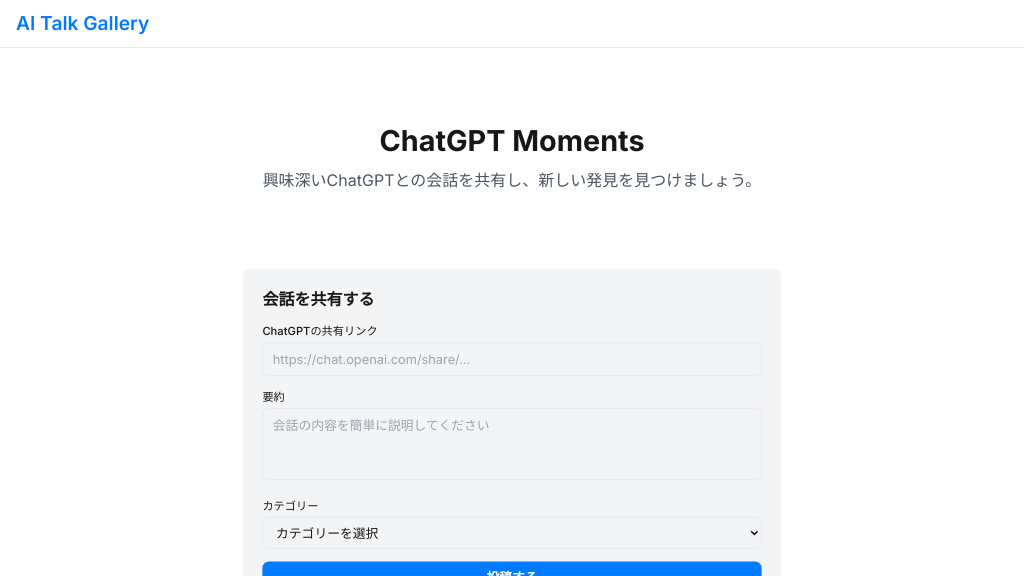
Repository: hayakawa1/ai-talk-gallery
Page: /
These files come from the project's save history. The page is drawn as it stood at one moment and after the next save; the edit follows.
The browser window is 1280 px wide. The pictures show the whole page, at 80% of full size.
An inner scrolling area shows only its first screen. The project was rebuilt for these pictures with package versions that can differ from the ones it lists, and the page was loaded fresh each time. The framework's server and built-in components were replaced by stand-ins that run in the browser. Also part of the build but not shown: next.config.ts.

Above is the page before, as saved 2024-12-16 23:14:28.

### src/app/layout.tsx
import './globals.css'
import type { Metadata } from 'next'
import { Inter } from 'next/font/google'

const inter = Inter({
  subsets: ['latin'],
  display: 'swap',
})

export const metadata: Metadata = {
  title: 'AI Talk Gallery',
  description: 'AI Talk Gallery',
}

export default function RootLayout({
  children,
}: {
  children: React.ReactNode
}) {
  return (
    <html lang="ja" className="dark">
      <body className={inter.className}>
        <div id="root" className="w-full h-full">
          <div className="flex flex-col h-full w-full bg-bolt-elements-background-depth-1">
            <header className="flex select-none items-center bg-bolt-elements-background-depth-1 pl-5 pr-4 border-b h-[60px] border-zinc-800">
              <div className="flex grow-1 basis-60 items-center gap-2 z-10">
                <a href="/" className="text-2xl font-semibold text-accent flex items-center">
                  AI Talk Gallery
                </a>
              </div>
              <div className="flex-1 select-text px-4 text-sm text-center">
              </div>
            </header>
            <main className="flex-1 overflow-auto">
              {children}
            </main>
          </div>
        </div>
      </body>
    </html>
  )
}

### src/app/page.tsx
import Link from "next/link"
import { PostCard } from "@/components/post-card"
import { PostForm } from "@/components/post-form"

const MOCK_POSTS = [
  {
    id: 1,
    title: "プログラミング初心者への助言",
    summary: "プログラミング学習を始める人へのアドバイスをまとめました。",
    views: 2987,
    likes: 156,
    comments: 23,
    category: "学問",
  },
  {
    id: 2,
    title: "AIと哲学についての対話",
    summary: "意識や感情について、AIと深い議論を交わしました。",
    views: 1856,
    likes: 98,
    comments: 15,
    category: "雑談",
  },
  {
    id: 3,
    title: "効果的なプロンプトの書き方",
    summary: "より良い回答を得るためのプロンプトエンジニアリングのコツ。",
    views: 3421,
    likes: 234,
    comments: 45,
    category: "プロンプト",
  },
]

export default function Home() {
  return (
    <div className="max-w-7xl mx-auto px-4 sm:px-6 lg:px-8 py-8">
      {/* ヒーローセクション */}
      <div className="text-center py-16">
        <h1 className="text-4xl font-bold mb-4">ChatGPT Moments</h1>
        <p className="text-xl text-gray-600 mb-8">
          興味深いChatGPTとの会話を共有し、新しい発見を見つけましょう。
        </p>
      </div>

      {/* 投稿フォームセクション */}
      <section className="mb-16 max-w-2xl mx-auto">
        <div className="bg-card rounded-lg p-6 shadow-sm">
          <h2 className="text-xl font-semibold mb-4">会話を共有する</h2>
          <PostForm />
        </div>
      </section>

      {/* 注目の会話セクション */}
      <section className="mb-16">
        <div className="flex justify-between items-center mb-6">
          <h2 className="text-2xl font-bold">注目の会話</h2>
          <Link href="/popular" className="text-accent hover:underline flex items-center gap-1">
            人気上位
            <svg className="w-4 h-4" fill="none" stroke="currentColor" viewBox="0 0 24 24">
              <path strokeLinecap="round" strokeLinejoin="round" strokeWidth={2} d="M9 5l7 7-7 7" />
            </svg>
          </Link>
        </div>

        <div className="grid grid-cols-1 md:grid-cols-2 lg:grid-cols-3 gap-6">
          {MOCK_POSTS.map((post) => (
            <PostCard key={post.id} {...post} />
          ))}
        </div>
      </section>

      {/* カテゴリーセクション */}
      <section>
        <h2 className="text-2xl font-bold mb-6">カテゴリー</h2>
        <div className="grid grid-cols-2 md:grid-cols-3 lg:grid-cols-5 gap-4">
          {[
            { name: '雑談', icon: '💭', href: '/categories/雑談' },
            { name: '学問', icon: '📚', href: '/categories/学問' },
            { name: 'プロンプト', icon: '⚡', href: '/categories/プロンプト' },
            { name: '創作', icon: '✨', href: '/categories/創作' },
            { name: '実用', icon: '🔧', href: '/categories/実用' },
          ].map((category) => (
            <Link
              key={category.name}
              href={category.href}
              className="flex flex-col items-center justify-center p-6 bg-card rounded-lg hover:bg-card-hover transition shadow-sm text-center"
            >
              <span className="text-2xl mb-2">{category.icon}</span>
              <span className="text-sm">{category.name}</span>
            </Link>
          ))}
        </div>
      </section>
    </div>
  )
}

### src/app/globals.css
@tailwind base;
@tailwind components;
@tailwind utilities;

:root {
  --header-height: 60px;
}

html {
  @apply h-full;
}

body {
  @apply h-full bg-white text-bolt-elements-textPrimary;
}

#root {
  @apply h-full w-full;
}

### src/components/post-card.tsx
import Link from "next/link"

interface PostCardProps {
  id: number
  title: string
  summary: string
  views: number
  likes: number
  comments: number
  category: string
  date?: string
  rank?: number
  layout?: "grid" | "list"
}

export function PostCard({
  id,
  title,
  summary,
  views,
  likes,
  comments,
  category,
  date,
  rank,
  layout = "grid"
}: PostCardProps) {
  if (layout === "list") {
    return (
      <Link
        href={`/posts/${id}`}
        className="block bg-card rounded-lg p-6 hover:bg-card-hover transition shadow-sm"
      >
        <div className="flex items-start justify-between gap-4">
          <div className="flex-1">
            <h2 className="text-xl font-semibold mb-2">{title}</h2>
            <p className="text-gray-600 mb-4">{summary}</p>
            <div className="flex items-center gap-4 text-sm text-gray-500">
              {date && (
                <span className="flex items-center gap-1">
                  <svg className="w-4 h-4" fill="none" stroke="currentColor" viewBox="0 0 24 24">
                    <path strokeLinecap="round" strokeLinejoin="round" strokeWidth={2} d="M12 8v4l3 3m6-3a9 9 0 11-18 0 9 9 0 0118 0z" />
                  </svg>
                  {date}
                </span>
              )}
              <span className="flex items-center gap-1">
                <svg className="w-4 h-4" fill="none" stroke="currentColor" viewBox="0 0 24 24">
                  <path strokeLinecap="round" strokeLinejoin="round" strokeWidth={2} d="M15 12a3 3 0 11-6 0 3 3 0 016 0z" />
                  <path strokeLinecap="round" strokeLinejoin="round" strokeWidth={2} d="M2.458 12C3.732 7.943 7.523 5 12 5c4.478 0 8.268 2.943 9.542 7-1.274 4.057-5.064 7-9.542 7-4.477 0-8.268-2.943-9.542-7z" />
                </svg>
                {views.toLocaleString()}
              </span>
            </div>
          </div>
          <div className="flex flex-col items-end gap-2">
            {rank && <span className="text-2xl font-bold text-accent">{rank}位</span>}
            <div className="flex items-center gap-2">
              <span className="flex items-center gap-1 text-sm text-gray-500">
                <svg className="w-4 h-4 text-red-500" fill="currentColor" viewBox="0 0 24 24">
                  <path d="M12 21.35l-1.45-1.32C5.4 15.36 2 12.28 2 8.5 2 5.42 4.42 3 7.5 3c1.74 0 3.41.81 4.5 2.09C13.09 3.81 14.76 3 16.5 3 19.58 3 22 5.42 22 8.5c0 3.78-3.4 6.86-8.55 11.54L12 21.35z"/>
                </svg>
                {likes.toLocaleString()}
              </span>
            </div>
          </div>
        </div>
      </Link>
    )
  }

  return (
    <Link
      href={`/posts/${id}`}
      className="block bg-card rounded-lg p-6 hover:bg-card-hover transition shadow-sm h-full"
    >
      <h3 className="text-lg font-semibold mb-2">{title}</h3>
      <p className="text-gray-600 mb-4 text-sm">{summary}</p>
      <div className="flex justify-between text-sm text-gray-500">
        <span>閲覧数: {views.toLocaleString()}</span>
        <div className="flex items-center gap-4">
          <span className="flex items-center gap-1">
            <svg className="w-4 h-4 text-red-500" fill="currentColor" viewBox="0 0 24 24">
              <path d="M12 21.35l-1.45-1.32C5.4 15.36 2 12.28 2 8.5 2 5.42 4.42 3 7.5 3c1.74 0 3.41.81 4.5 2.09C13.09 3.81 14.76 3 16.5 3 19.58 3 22 5.42 22 8.5c0 3.78-3.4 6.86-8.55 11.54L12 21.35z"/>
            </svg>
            {likes.toLocaleString()}
          </span>
          <span className="flex items-center gap-1">
            <svg className="w-4 h-4" fill="none" stroke="currentColor" viewBox="0 0 24 24">
              <path strokeLinecap="round" strokeLinejoin="round" strokeWidth={2} d="M8 12h.01M12 12h.01M16 12h.01M21 12c0 4.418-4.03 8-9 8a9.863 9.863 0 01-4.255-.949L3 20l1.395-3.72C3.512 15.042 3 13.574 3 12c0-4.418 4.03-8 9-8s9 3.582 9 8z" />
            </svg>
            {comments.toLocaleString()}
          </span>
        </div>
      </div>
    </Link>
  )
}

### src/components/post-form.tsx
"use client"

import { useForm } from "react-hook-form"
import { zodResolver } from "@hookform/resolvers/zod"
import { postSchema, type PostInput } from "@/lib/schemas"

const categories = ["雑談", "学問", "プロンプト", "創作", "実用"] as const

export function PostForm() {
  const {
    register,
    handleSubmit,
    formState: { errors, isSubmitting },
  } = useForm<PostInput>({
    resolver: zodResolver(postSchema),
  })

  const onSubmit = async (data: PostInput) => {
    try {
      // TODO: APIエンドポイントに投稿を送信
      console.log(data)
    } catch (error) {
      console.error(error)
    }
  }

  return (
    <form onSubmit={handleSubmit(onSubmit)} className="space-y-4">
      <div>
        <label htmlFor="url" className="block text-sm font-medium mb-1">
          ChatGPTの共有リンク
        </label>
        <input
          {...register("url")}
          type="url"
          id="url"
          placeholder="https://chat.openai.com/share/..."
          className="w-full px-3 py-2 bg-card rounded-lg border border-zinc-800 focus:outline-none focus:ring-2 focus:ring-accent"
        />
        {errors.url && (
          <p className="mt-1 text-sm text-red-500">{errors.url.message}</p>
        )}
      </div>

      <div>
        <label htmlFor="summary" className="block text-sm font-medium mb-1">
          要約
        </label>
        <textarea
          {...register("summary")}
          id="summary"
          rows={3}
          placeholder="会話の内容を簡単に説明してください"
          className="w-full px-3 py-2 bg-card rounded-lg border border-zinc-800 focus:outline-none focus:ring-2 focus:ring-accent resize-none"
        />
        {errors.summary && (
          <p className="mt-1 text-sm text-red-500">{errors.summary.message}</p>
        )}
      </div>

      <div>
        <label htmlFor="category" className="block text-sm font-medium mb-1">
          カテゴリー
        </label>
        <select
          {...register("category")}
          id="category"
          className="w-full px-3 py-2 bg-card rounded-lg border border-zinc-800 focus:outline-none focus:ring-2 focus:ring-accent"
        >
          <option value="">カテゴリーを選択</option>
          {categories.map((category) => (
            <option key={category} value={category}>
              {category}
            </option>
          ))}
        </select>
        {errors.category && (
          <p className="mt-1 text-sm text-red-500">{errors.category.message}</p>
        )}
      </div>

      <button
        type="submit"
        disabled={isSubmitting}
        className="w-full bg-accent hover:bg-accent/90 disabled:opacity-50 text-white font-bold py-2 px-4 rounded-lg"
      >
        {isSubmitting ? "投稿中..." : "投稿する"}
      </button>
    </form>
  )
}

### src/lib/schemas.ts
import { z } from "zod"

export const postSchema = z.object({
  url: z.string()
    .url("有効なURLを入力してください")
    .startsWith("https://chat.openai.com/share/", "ChatGPTの共有リンクを入力してください"),
  summary: z.string()
    .min(1, "要約を入力してください")
    .max(200, "要約は200文字以内で入力してください"),
  category: z.enum(["雑談", "学問", "プロンプト", "創作", "実用"], {
    required_error: "カテゴリーを選択してください",
  }),
})

export type PostInput = z.infer<typeof postSchema>

### tailwind.config.js
/** @type {import('tailwindcss').Config} */
module.exports = {
  darkMode: 'class',
  content: [
    './src/pages/**/*.{js,ts,jsx,tsx,mdx}',
    './src/components/**/*.{js,ts,jsx,tsx,mdx}',
    './src/app/**/*.{js,ts,jsx,tsx,mdx}',
  ],
  theme: {
    extend: {
      colors: {
        'bolt-elements-background-depth-1': '#FFFFFF',
        'bolt-elements-textPrimary': '#171717',
        accent: '#007AFF',
        'card': '#F3F4F6',
        'card-hover': '#E5E7EB',
      },
      borderColor: {
        'zinc-800': '#E5E7EB',
      },
      typography: {
        DEFAULT: {
          css: {
            maxWidth: 'none',
            color: '#171717',
            a: {
              color: '#007AFF',
              '&:hover': {
                color: '#0056b3',
              },
            },
          },
        },
      },
    },
  },
  plugins: [
    require('@tailwindcss/typography'),
  ],
}

### src/components/header-nav.tsx
"use client"

import Link from "next/link"
import { usePathname } from "next/navigation"
import { cn } from "@/lib/utils"

const navigation = [
  { name: "ホーム", href: "/" },
  { name: "人気", href: "/popular" },
  { name: "新着", href: "/latest" },
]

export function HeaderNav() {
  const pathname = usePathname()

  return (
    <nav className="flex items-center space-x-4">
      {navigation.map((item) => (
        <Link
          key={item.name}
          href={item.href}
          className={cn(
            "px-3 py-2 text-sm font-medium rounded-md",
            pathname === item.href
              ? "bg-card text-bolt-elements-textPrimary"
              : "text-gray-500 hover:text-bolt-elements-textPrimary hover:bg-gray-50"
          )}
        >
          {item.name}
        </Link>
      ))}
    </nav>
  )
}

### src/lib/utils.ts
import { type ClassValue, clsx } from "clsx"
import { twMerge } from "tailwind-merge"

export function cn(...inputs: ClassValue[]) {
  return twMerge(clsx(inputs))
}

export async function fetchPageTitle(url: string): Promise<string> {
  try {
    const response = await fetch(url)
    const html = await response.text()
    const titleMatch = html.match(/<title>(.*?)<\/title>/)
    return titleMatch ? titleMatch[1] : "Untitled Chat"
  } catch (error) {
    console.error("Error fetching title:", error)
    return "Untitled Chat"
  }
}

After the next save:
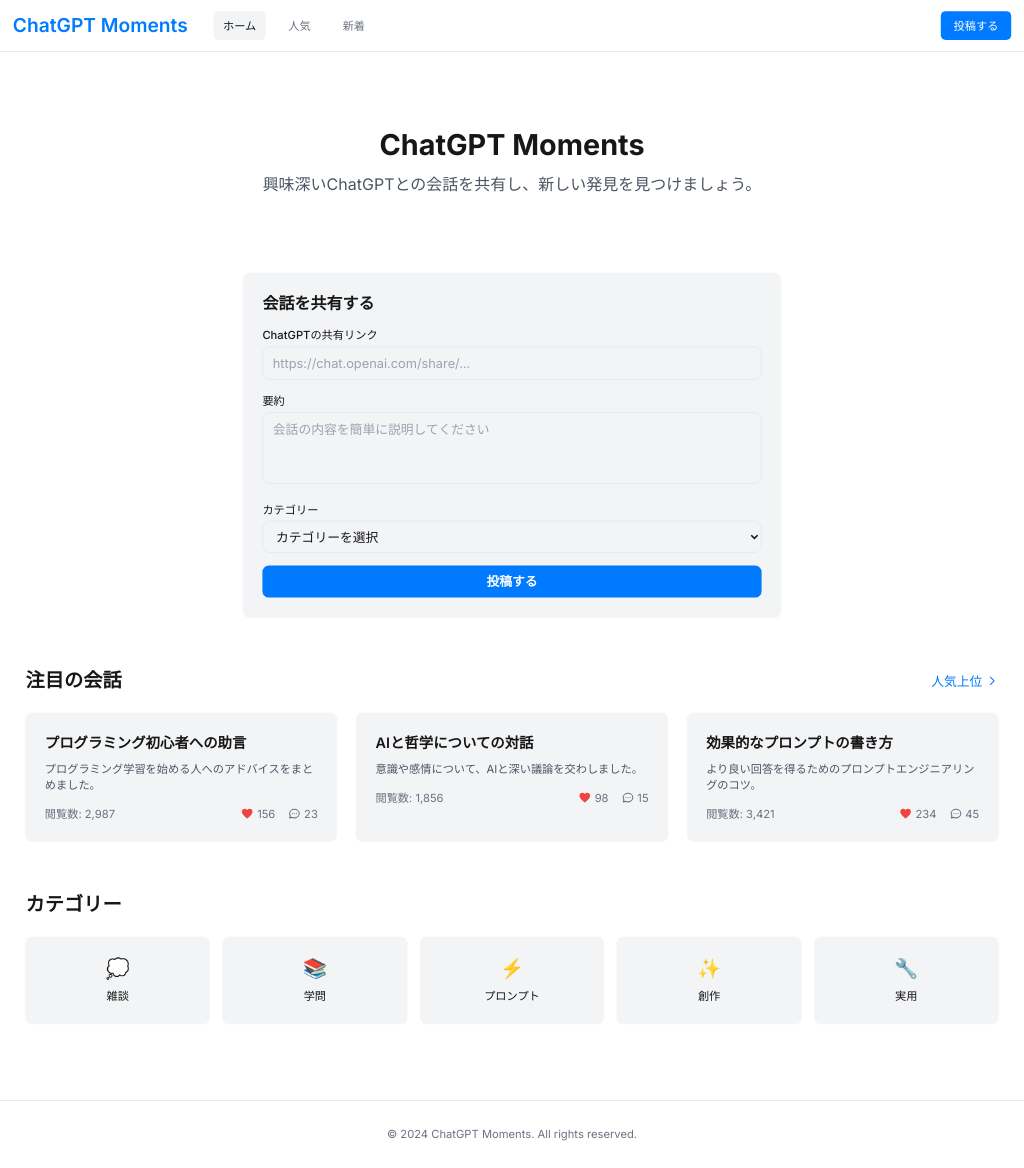
Saved 63 s later.
--- a/src/app/layout.tsx
+++ b/src/app/layout.tsx
@@ -1,6 +1,8 @@
 import './globals.css'
 import type { Metadata } from 'next'
 import { Inter } from 'next/font/google'
+import { HeaderNav } from '@/components/header-nav'
+import Link from 'next/link'
 
 const inter = Inter({
   subsets: ['latin'],
@@ -8,8 +10,8 @@
 })
 
 export const metadata: Metadata = {
-  title: 'AI Talk Gallery',
-  description: 'AI Talk Gallery',
+  title: 'ChatGPT Moments',
+  description: 'Share interesting ChatGPT conversations',
 }
 
 export default function RootLayout({
@@ -18,23 +20,35 @@
   children: React.ReactNode
 }) {
   return (
-    <html lang="ja" className="dark">
+    <html lang="ja">
       <body className={inter.className}>
-        <div id="root" className="w-full h-full">
-          <div className="flex flex-col h-full w-full bg-bolt-elements-background-depth-1">
-            <header className="flex select-none items-center bg-bolt-elements-background-depth-1 pl-5 pr-4 border-b h-[60px] border-zinc-800">
-              <div className="flex grow-1 basis-60 items-center gap-2 z-10">
-                <a href="/" className="text-2xl font-semibold text-accent flex items-center">
-                  AI Talk Gallery
-                </a>
+        <div className="min-h-screen bg-white">
+          <header className="sticky top-0 z-40 w-full border-b bg-white/95 backdrop-blur supports-[backdrop-filter]:bg-white/60">
+            <div className="container mx-auto flex h-16 items-center justify-between px-4">
+              <div className="flex items-center gap-8">
+                <Link href="/" className="text-2xl font-semibold text-accent">
+                  ChatGPT Moments
+                </Link>
+                <HeaderNav />
               </div>
-              <div className="flex-1 select-text px-4 text-sm text-center">
+              <div className="flex items-center gap-4">
+                <Link
+                  href="/posts/new"
+                  className="inline-flex items-center justify-center rounded-md bg-accent px-4 py-2 text-sm font-medium text-white hover:bg-accent/90"
+                >
+                  投稿する
+                </Link>
               </div>
-            </header>
-            <main className="flex-1 overflow-auto">
-              {children}
-            </main>
-          </div>
+            </div>
+          </header>
+          <main>
+            {children}
+          </main>
+          <footer className="border-t py-8 mt-16">
+            <div className="container mx-auto px-4 text-center text-sm text-gray-500">
+              <p>© 2024 ChatGPT Moments. All rights reserved.</p>
+            </div>
+          </footer>
         </div>
       </body>
     </html>
